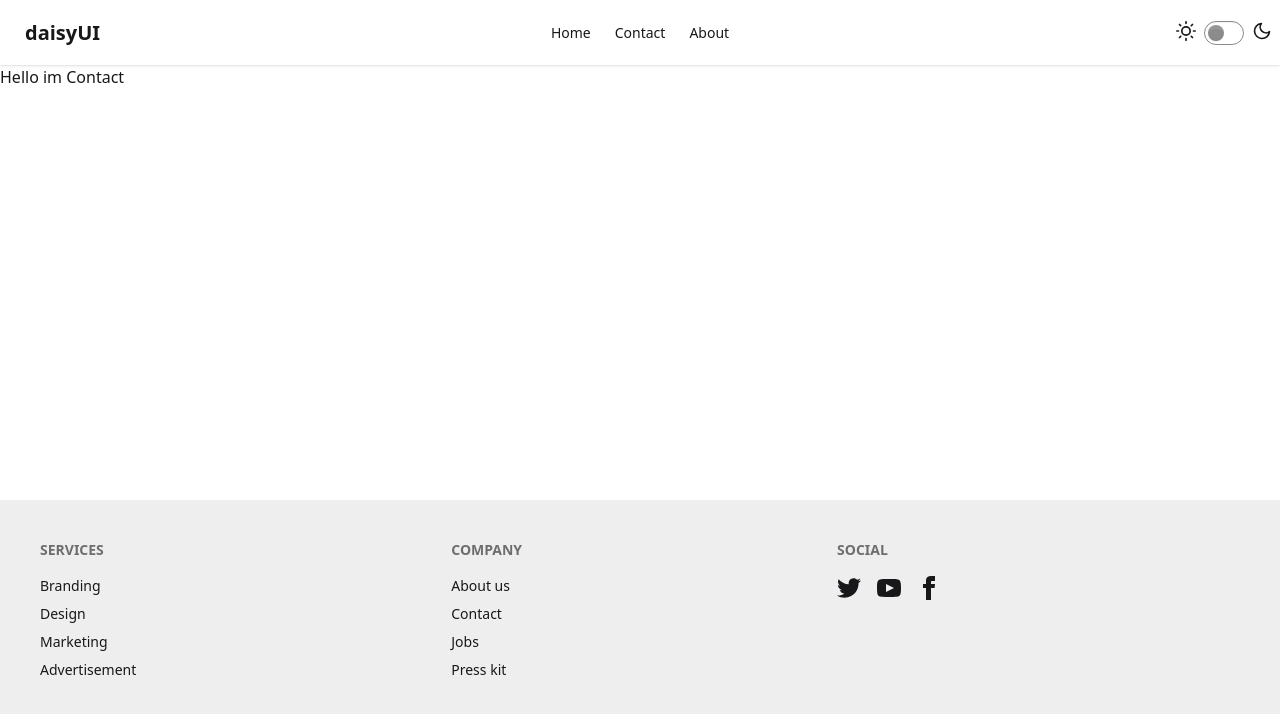
Repository: hasanali3597/my-three
Page: /contact
These files come from the project's save history. The page is drawn as it stood at one moment and after a run of saves; the edit follows.
The browser window is 1280 px wide. The pictures show the whole page.
The project was rebuilt for these pictures with package versions that can differ from the ones it lists, and the page was loaded fresh each time. Also part of the build but not shown: vite.config.js, src/pages/Home.jsx, src/pages/About.jsx, src/components/LoadingSpinner.jsx, src/pages/PlantDetails.jsx.

Above is the page before, as saved 2025-11-22 14:55:38.

After the next 2 saves:
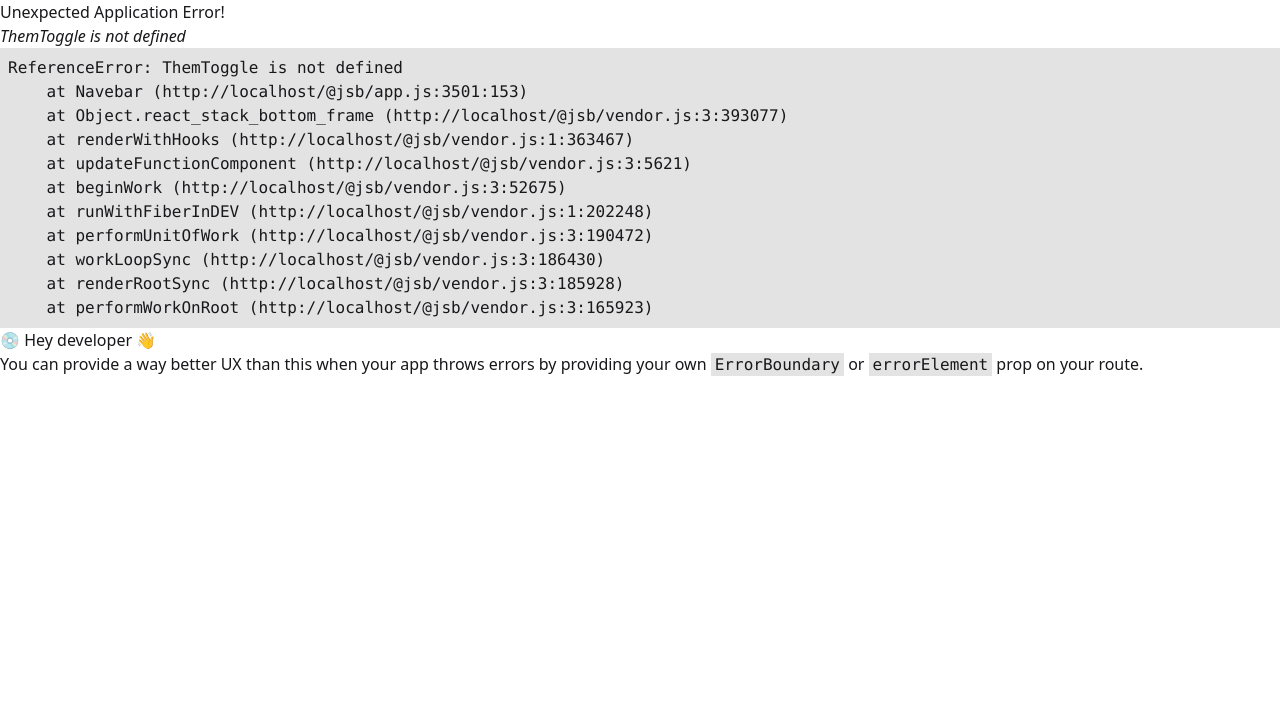
The 2 saves are shown as one change because they came seconds apart.
The last was saved 10 min 28 s later.
--- a/src/components/Navebar.jsx
+++ b/src/components/Navebar.jsx
@@ -1,6 +1,6 @@
 import React from "react";
 import { Link } from "react-router";
-import ThemToggle from "./ThemToggle";
+import themToggle from "./ThemToggle";
 
 const Navebar = () => {
   return (

After the save that followed:
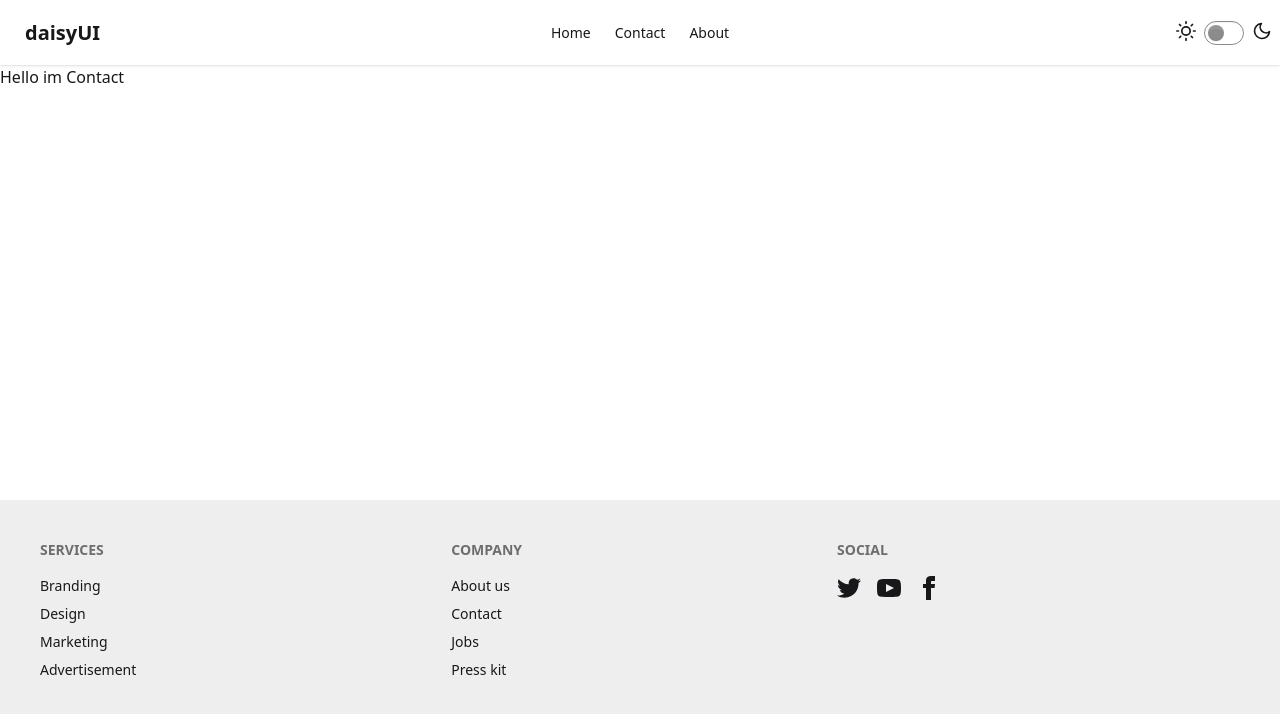
Saved 8 s later.
--- a/src/components/Navebar.jsx
+++ b/src/components/Navebar.jsx
@@ -1,6 +1,6 @@
 import React from "react";
 import { Link } from "react-router";
-import themToggle from "./ThemToggle";
+import ThemToggle from "./ThemToggle";
 
 const Navebar = () => {
   return (
